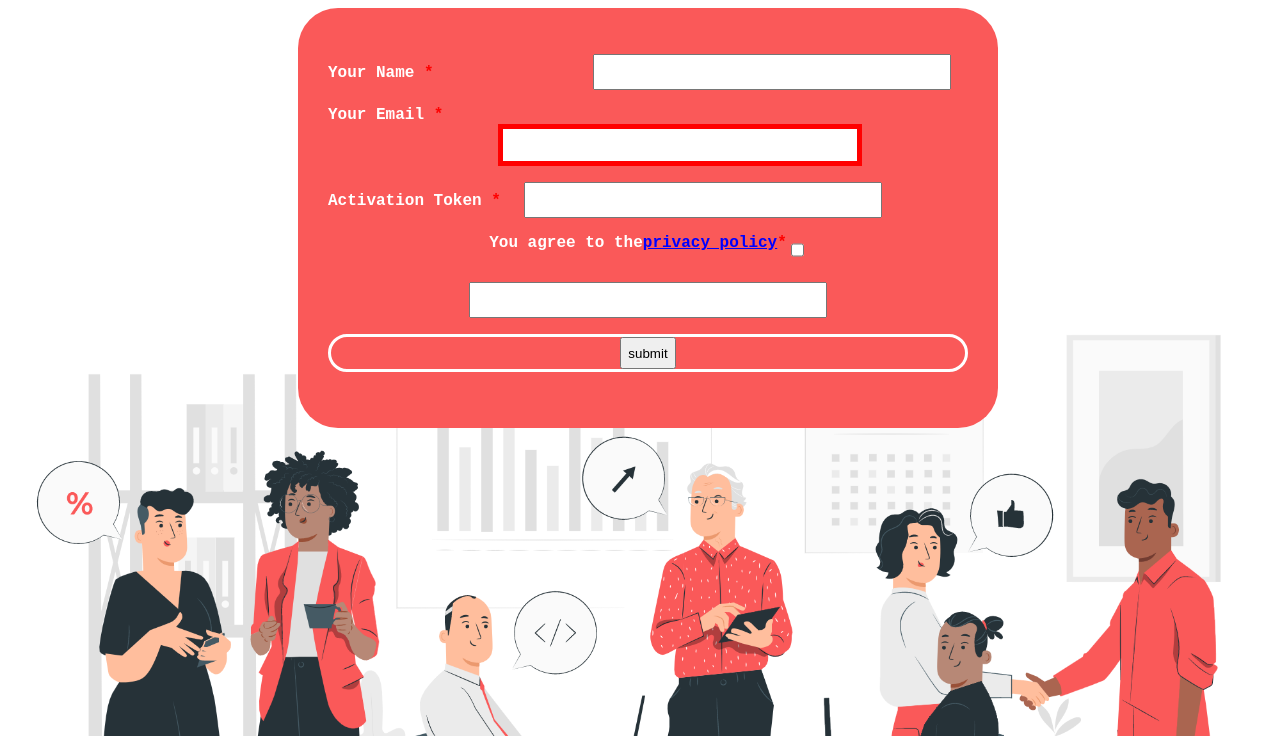
Repository: Rachael4life/Assignment-1
Page: starter-code/src/index.html
The author's editor kept a copy of each file at every save. The page is drawn from the files as they stood at one save, then again after the next save.
The browser window is 1280 px wide. The page is 1288 px wide, so the pictures cover 1288 px, including what lies to the right of the window. The pictures show the whole page.

Above is the page before, as saved 2022-02-28 06:22:20.

After the next save:
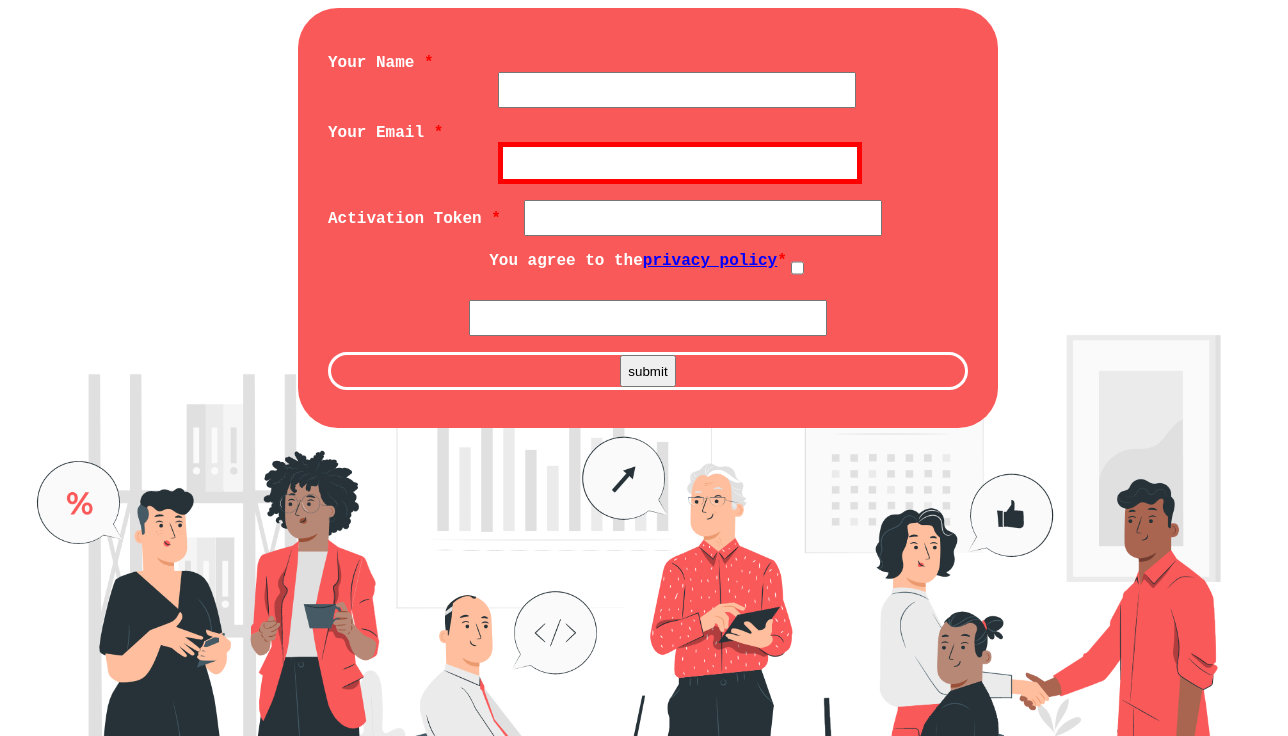
Saved 11 s later.
--- a/starter-code/src/style.css
+++ b/starter-code/src/style.css
@@ -18,7 +18,7 @@ form {
     font-weight: bold;
 }
 #name {
-    margin-left: 150px;
+    margin-left: 170px;
     height: 30px;
     width: 350px;
 }
